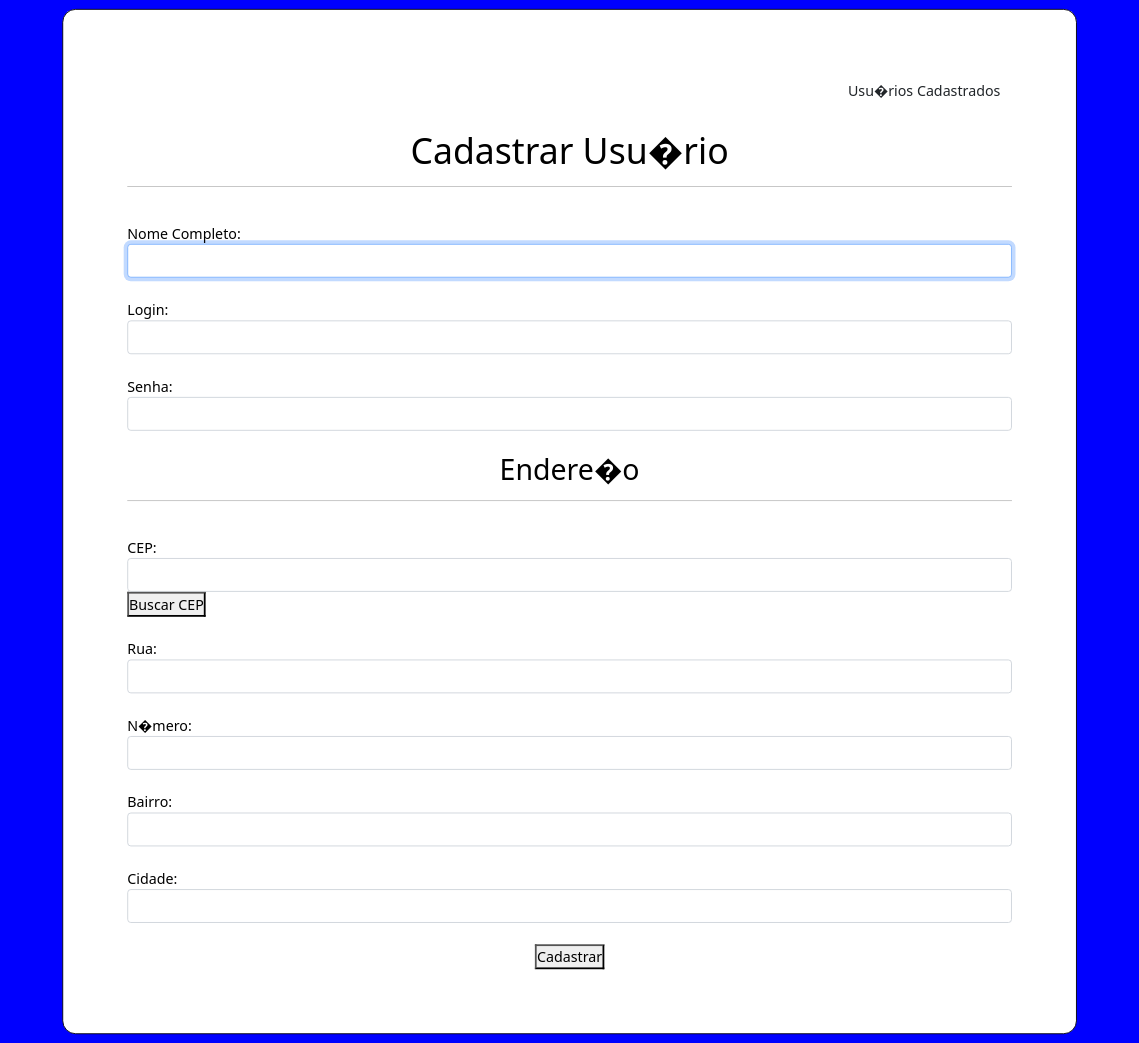
Repository: Magicianred/spring-mvc
Page: http://localhost/index
An editor plug-in stored every save of this project. The page is shown before and after the next save, followed by the edit.
The browser window is 1280 px wide. The pictures show the whole page, at 89% of full size.
The page is this project's Thymeleaf template; nobody is signed in. The template is opened directly, without the code that normally fills it, so the values that code supplies are empty.

Above is the page before, as saved 2021-01-13 02:00:42.

After the next save:
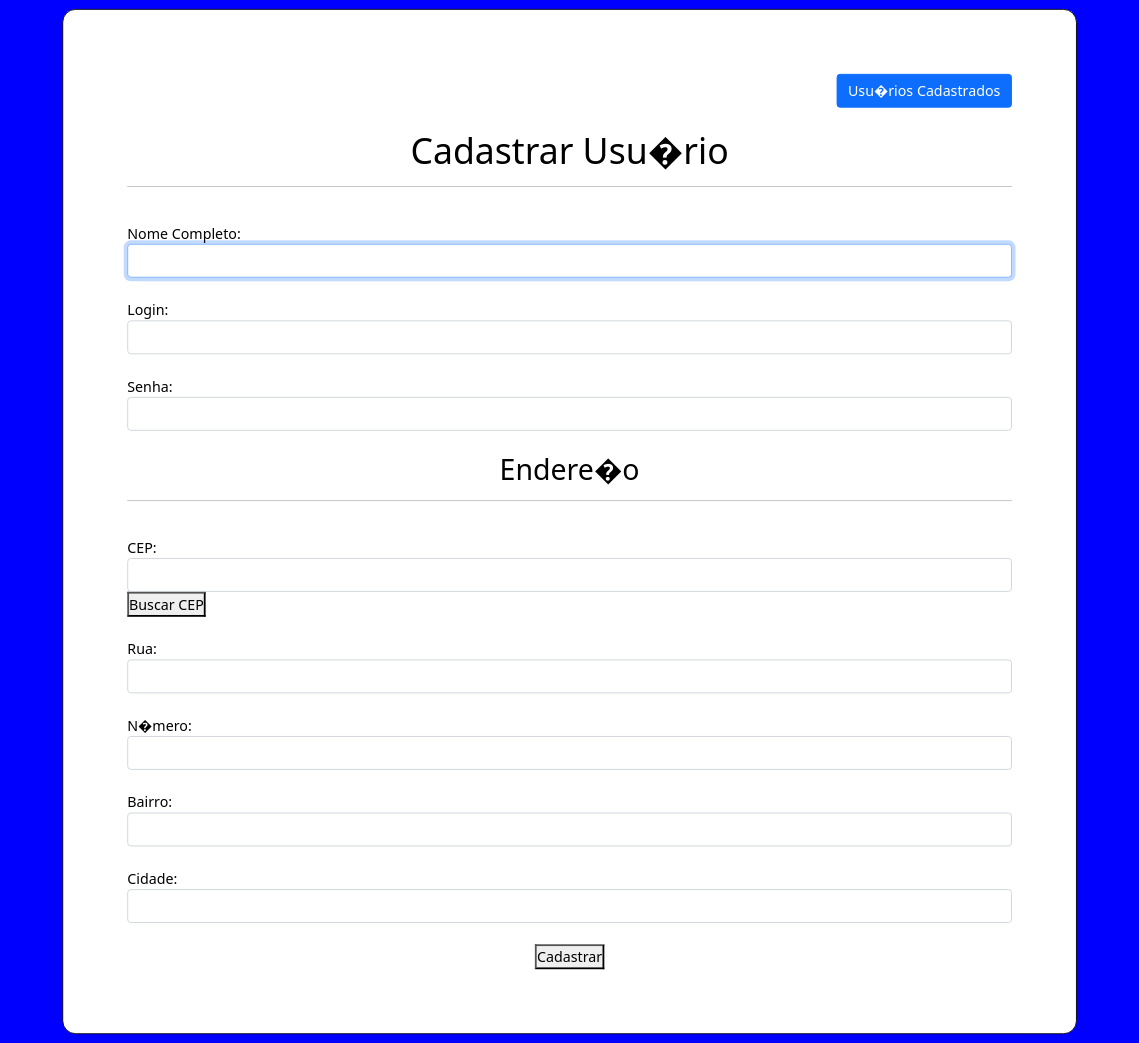
Saved 25 s later.
--- a/springmvc/src/main/resources/templates/index.html
+++ b/springmvc/src/main/resources/templates/index.html
@@ -12,7 +12,7 @@ xmlns:layout="http://www.ultraq.net.nz/thymeleaf/layout">
 <body>
 	<div id="formulario">
 		<div align="right">
-			<a th:href="@{/usuarios}"><button class="btn btn-default" id="botao">Usuários Cadastrados</button></a>
+			<a th:href="@{/usuarios}"><button class="btn btn-primary" id="botao">Usuários Cadastrados</button></a>
 		</div>
 		<br />
 
